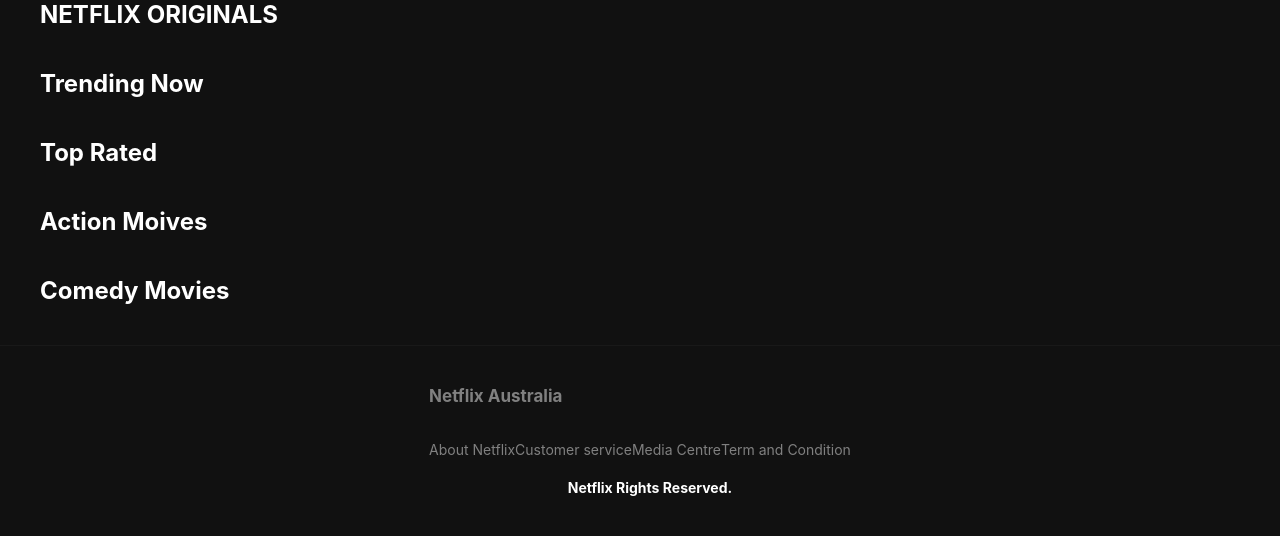
Repository: gietpa/react-netflix
Page: /
The author's editor kept a copy of each file at every save. The page is drawn from the files as they stood at one save, then again after the next save.
The browser window is 1280 px wide. The pictures show the part of the page from y = 448 to 984 px (the page is 984 px tall before and 963 px after).
The page's requests for data from a server got no answer. The project was rebuilt for these pictures with package versions that can differ from the ones it lists, and the page was loaded fresh each time. No one was signed in, and anything a server would have sent is missing.

Above is the page before, as saved 2024-06-30 01:54:42.

### src/App.js
import "./App.css";
import requests from "./api/request";
import Banner from "./components/Banner";
import Nav from "./components/Nav";
import Row from "./components/Row";
import Footer from "./components/Footer";

function App() {
  return (
    <div className="app">
      <Nav />
      <Banner />

      <Row
        title="NETFLIX ORIGINALS"
        id="NO"
        fetchUrl={requests.fetchNetflixOriginals}
        isLargeRow
      />

      <Row title="Trending Now" id="TN" fetchUrl={requests.fetchTrednding} />
      <Row title="Top Rated" id="TR" fetchUrl={requests.fetchTopRated} />
      <Row
        title="Action Moives"
        id="AM"
        fetchUrl={requests.fetchActionMovies}
      />
      <Row
        title="Comedy Movies"
        id="Cm"
        fetchUrl={requests.fetchComedyMovies}
      />

      <Footer />
    </div>
  );
}

export default App;

### src/api/request.js
const requests = {
  fetchNowPlaying: "movie/now_playing",
  fetchNetflixOriginals: "/discover/tv?with_networks=213",
  fetchTrednding: "/trending/all/week",
  fetchTopRated: "/movie/top_rated",
  fetchActionMovies: "/discover/movie?with_fenres=28",
  fetchComedyMovies: "/discover/movie?with_fenres=35",
  fetchHorrorMovies: "/discover/movie?with_fenres=27",
  fetchRomanceMovies: "/discover/movie?with_fenres=10749",
  fetchDocumentaries: "/discover/movie?with_fenres=99",
};

export default requests;

### src/components/Banner.js
import axios from "../api/axios";
import React, { useState, useEffect } from "react";
import requests from "../api/request";
import "./Banner.css";
import styled from "styled-components";

export default function Banner() {
  const [movie, setMovie] = useState([]);
  const [isClicked, setIsClicked] = useState(false);

  useEffect(() => {
    fetchData();
  }, []);

  const fetchData = async () => {
    const request = await axios.get(requests.fetchNowPlaying);
    console.log(request);

    const movieId =
      request.data.results[
        Math.floor(Math.random() * request.data.results.length)
      ].id;

    const { data: movieDetail } = await axios.get(`movie/${movieId}`, {
      params: { append_to_response: "videos" },
    });
    setMovie(movieDetail);
  };

  const truncate = (str, n) => {
    return str?.length > n ? str.substr(0, n - 1) + "..." : str;
  };

  if (!isClicked) {
    return (
      <header
        className="banner"
        style={{
          backgroundImage: `url("https://image.tmdb.org/t/p/original/${movie.backdrop_path}")`,
          backgroundPosition: "top center",
          backgroundSize: "cover",
        }}
      >
        <div className="banner__contents">
          <h1 className="banner__title">
            {movie.title || movie.name || movie.original_name}
          </h1>

          <div className="banner__buttons">
            <button
              className="banner__button play"
              onClick={() => setIsClicked(true)}
            >
              Play
            </button>
            <button className="banner__button info">More Information</button>
          </div>

          <h1 className="banner__description">
            {truncate(movie.overview, 100)}
          </h1>
        </div>
        <div className="banner--fadeBottom" />
      </header>
    );
  } else {
    return (
      <Container>
        <HomeContainer>
          <Iframe
            width="640"
            height="360"
            src={`https://www.youtube.com/embed/${movie.videos.results[0].key}?controls=0&autoplay=1&loop=1&mute=1&playlist=${movie.videos.results[0].key}`}
            title="YouTube video player"
            frameborder="0"
            allow="autoplay; fullscreen"
            allowfullscreen
          ></Iframe>
        </HomeContainer>
      </Container>
    );
  }
}

const Iframe = styled.iframe`
  width: 100%;
  height: 100%;
  z-index: -1;
  opacity: 0.65;
  border: none;

  &::after {
    content: "";
    position: absolute;
    top: 0;
    left: 0;
    width: 100%;
    height: 100%;
  }
`;

const Container = styled.div`
  display: flex;
  justify-content: center;
  align-items: center;
  flex-direction: column;
  width: 100%;
  height: 100vh;
`;

const HomeContainer = styled.div`
  width: 100%;
  height: 100%;
`;

### src/components/Nav.js
import React, { useEffect, useState } from "react";
import "./Nav.css";

export default function Nav() {
  const [show, setShow] = useState(false);

  useEffect(() => {
    window.addEventListener("scroll", () => {
      if (window.scrollY > 50) {
        setShow(true);
      } else {
        setShow(true);
      }
    });

    return () => {
      window.removeEventListener("scroll", () => {});
    };
  }, []);

  return (
    <nav className={`nav ${show && "nav__black"} `}>
      <img
        alt="Netflix logo"
        src="https://upload.wikimedia.org/wikipedia/commons/thumb/0/08/Netflix_2015_logo.svg/170px-Netflix_2015_logo.svg.png"
        className="nav__logo"
        onClick={() => (window.location.href = "/")}
      />

      <img
        alt="User logged"
        src="https://occ-0-4796-988.1.nflxso.net/dnm/api/v6/K6hjPJd6cR6FpVELC5Pd6ovHRSk/AAAABbme8JMz4rEKFJhtzpOKWFJ_6qX-0y5wwWyYvBhWS0VKFLa289dZ5zvRBggmFVWVPL2AAYE8xevD4jjLZjWumNo.png?r=a41"
        className="nav__avatar"
      />
    </nav>
  );
}

### src/components/Row.js
import React, { useEffect, useState } from "react";
import axios from "../api/axios";
import "./Row.css";

export default function Row({ title, fetchUrl, isLargeRow, id }) {
  const [movies, setMovies] = useState([]);

  useEffect(() => {
    fetchMovieData();
  }, []);

  const fetchMovieData = async () => {
    const request = await axios.get(fetchUrl);
    setMovies(request.data.results);
  };

  return (
    <section className="row">
      <h2>{title}</h2>
      <div className="slider">
        <div className="slider__arrow-left">
          <span
            className="arrow"
            onClick={() => {
              document.getElementById(id).scrollLeft -= window.innerWidth - 80;
            }}
          >
            {"<"}
          </span>
        </div>
        <div id={id} className="row__posters">
          {movies.map((movie) => (
            <img
              key={movie.id}
              className={`row__poster ${isLargeRow && "row__posterLarge"}`}
              src={`https://image.tmdb.org/t/p/original/${
                isLargeRow ? movie.poster_path : movie.backdrop_path
              }`}
              alt={movie.name}
            />
          ))}
        </div>
        <div className="slider__arrow-right">
          <span
            className="arrow"
            onClick={() => {
              document.getElementById(id).scrollLeft += window.innerWidth - 80;
            }}
          >
            {">"}
          </span>
        </div>
      </div>
    </section>
  );
}

### src/components/Footer.js
import React from "react";
import styled from "styled-components";

export default function Footer() {
  return (
    <FooterContainer>
      <FooterContent>
        <FooterLinkContainer>
          <FooterLinkTitle>Netflix Australia</FooterLinkTitle>
          <FooterLinkContent>
            <FooterLink href="https://help.netflix.com/ko/node/412">
              About Netflix
            </FooterLink>
            <FooterLink href="https://help.netflix.com/ko">
              Customer service
            </FooterLink>
            <FooterLink href="https://help.netflix.com/ko/">
              Media Centre
            </FooterLink>
            <FooterLink href="https://help.netflix.com/ko/">
              Term and Condition
            </FooterLink>
          </FooterLinkContent>
          <FooterDescContainer>
            <FooterDescRights>Netflix Rights Reserved.</FooterDescRights>
          </FooterDescContainer>
        </FooterLinkContainer>
      </FooterContent>
    </FooterContainer>
  );
}

const FooterContainer = styled.div`
  display: flex;
  justify-content: center;
  align-items: center;
  padding: 40px 0;
  border-top: 1px solid rgb(25, 25, 25);
  width: 100%;
  position: relative;
  z-index: 100;

  @media (max-width: 769px) {
    padding: 20px 20px;
    padding-bottom: 30px;
  }
`;

const FooterContent = styled.div``;

const FooterLinkContainer = styled.div`
  max-width: 700px;

  @media (max-width: 768px) {
    width: 100%;
  }
`;

const FooterLinkTitle = styled.h1`
  color: gray;
  font-size: 17px;
`;

const FooterLinkContent = styled.div`
  display: flex;
  justify-content: space-bewteen;
  flex-wrap: wrap;
  margin-top: 35px;

  @media (max-width: 768px) {
    margin-top: 26px;
  }
`;

const FooterLink = styled.a`
  color: gray;
  font-size: 14px;
  max-width: 150px;
  margin-bottom: 21px;
  text-decoration: none;

  &:hover {
    text-decoration: underline;
  }

  @media (max-width: 768px) {
    margin-bottom: 16px;
  }
`;

const FooterDescContainer = styled.div`
  margin-top: 30px @media (max-width: 768px) {
    margin-top: 20px;
  }
`;

const FooterDescRights = styled.h2`
  color: white;
  font-size: 14px;
  text-align: center;
`;

### src/api/axios.js
import axios from "axios";

const instance = axios.create({
  baseURL: "https://api.themoviedb.org/3",
  params: {
    api_key: "d5ab93544ade2e46f5e7421f7222610c",
    language: "en-US",
  },
});

export default instance;

### src/components/Banner.css
.banner {
    color: white;
    object-fit: contain;
    height: 448px;
  }
  @media (min-width: 1500px) {
    .banner {
      position: relative;
      height: 600px;
    }
    .banner--fadeBottom {
      position: absolute;
      bottom: 0;
      width: 100%;
      height: 40rem;
    }
  }
  @media (max-width: 768px) {
    .banner__contents {
      width: min-content !important;
      padding-left: 2.3rem;
      margin-left: 0px !important;
    }
    .banner__description {
      font-size: 0.8rem !important;
      width: auto !important;
    }
    .info {
      text-align: start;
      padding-right: 1.2rem;
    }
    .space {
      margin-left: 6px;
    }
    .banner__button {
      font-size: 0.8rem !important;
      border-radius: 4px !important;
    }
  }
  .banner__contents {
    margin-left: 40px;
    padding-top: 140px;
    height: 190px;
  }
  .banner__title {
    font-size: 3rem;
    font-weight: 800;
    padding-bottom: 0.5rem;
  }
  .banner__description {
    width: 45rem;
    line-height: 1.3;
    padding-top: 1rem;
    font-weight: 500;
    font-size: 1rem;
    max-width: 400px;
    height: 80px;
  }
  .banner--fadeBottom {
    height: 7.4rem;
    background-image: linear-gradient(
      180deg,
      transparent,
      rgba(37, 37, 37, 0.61),
      #111
    );
  }
  .banner__buttons {
    display: flex;
    flex-direction: row;
  }
  .banner__button {
    display: flex;
    flex-direction: row;
    justify-content: start;
    align-items: center;
    cursor: pointer;
    outline: none;
    border: none;
    font-size: 1rem;
    font-weight: 700;
    border-radius: 0.2vw;
    padding: 0.4rem 1.8rem 0.4rem 1rem;
    margin-right: 1rem;
  }
  .banner__button:hover {
    color: #000;
    background-color: rgba(170, 170, 170, 0.9);
    transition: all 0.2s;
  }
  .play {
    background-color: white;
    color: black;
  }
  .info {
    background-color: rgba(109, 109, 110, 0.7);
    color: white;
  }
  .info:hover {
    background-color: rgb(74, 74, 74);
    color: white;
  }

  .space {
    margin-left: 4px;
  }

### src/components/Nav.css
.nav {
    position: fixed;
    top: 0;
    width: 100%;
    height: 30px;
    z-index: 1;
    padding: 20px;
    display: flex;
    justify-content: space-between;
    align-items: center;
    transition-timing-function: ease-in;
    transition: all 0.5s;
  }

  .nav__black {
      background-color: #111;
  }

  .nav__logo {
      position: fixed;
      left: 40px;
      width: 80px;
      object-fit: contain;
  }

  .nav__avatar {
      position: fixed;
      right: 40px;
      width: 30px;
      object-fit: contain;
  }

### src/components/Row.css
.row {
    margin-left: 20px;
    color: white;
  }
  h2 {
    padding-left: 20px;
  }
  .slider {
    position: relative;
  }
  .slider__arrow-left {
    background-clip: content-box;
    padding: 20px 0;
    box-sizing: border-box;
    transition: 400ms all ease-in-out;
    cursor: pointer;
    width: 80px;
    z-index: 1000;
    position: absolute;
    left: 0;
    top: 0;
    height: 100%;
    display: flex;
    align-items: center;
    justify-content: center;
    visibility: hidden;
  }
  .slider__arrow-right {
    padding: 20px 0;
    background-clip: content-box;
    box-sizing: border-box;
    transition: 400ms all ease-in-out;
    cursor: pointer;
    width: 80px;
    z-index: 1000;
    position: absolute;
    right: 0;
    top: 0;
    height: 100%;
    display: flex;
    align-items: center;
    justify-content: center;
    visibility: hidden;
  }
  .arrow {
    transition: 400ms all ease-in-out;
  }
  .arrow:hover {
    transition: 400ms all ease-in-out;
    transform: scale(1.5);
  }
  .slider:hover .slider__arrow-left {
    transition: 400ms all ease-in-out;
    visibility: visible;
  }
  .slider:hover .slider__arrow-right {
    transition: 400ms all ease-in-out;
    visibility: visible;
  }
  .slider__arrow-left:hover {
    background: rgba(20, 20, 20, 0.5);
    transition: 400ms all ease-in-out;
  }
  .slider__arrow-right:hover {
    background: rgba(20, 20, 20, 0.5);
    transition: 400ms all ease-in-out;
  }

  .row__posters {
    display: flex;
    overflow-y: hidden;
    overflow-x: scroll;
    padding: 20px 0 20px 20px;
    scroll-behavior: smooth;
  }
  .row__posters::-webkit-scrollbar {
    display: none;
  }
  .row__poster {
    object-fit: contain;
    width: 100%;
    max-height: 144px;
    margin-right: 10px;
    transition: transform 450ms;
    border-radius: 4px;
  }
  .row__poster:hover {
    transform: scale(1.08);
  }
  .row__posterLarge {
    max-height: 320px;
  }
  .row__posterLarge:hover {
    transform: scale(1.1);
    opacity: 1;
  }

  .row__arrow-left {
    position: absolute;
    top: 0;
    left: 20px;
    height: 100%;
    width: 32px;
    background: rgba(0, 0, 0, 0.2);
    display: flex;
    align-items: center;
  }
  .row__arrow-right {
    position: absolute;
    top: 0;
    right: 0px;
    height: 100%;
    width: 32px;
    background: rgba(0, 0, 0, 0.2);
    display: flex;
    align-items: center;
  }
  @media screen and (min-width: 1200px) {
    .row__poster {
      max-height: 160px;
    }
    .row__posterLarge {
      max-height: 360px;
    }
  }
  @media screen and (max-width: 768px) {
    .row__poster {
      max-height: 100px;
    }
    .row__posterLarge {
      max-height: 280px;
    }
  }

  .swiper-pagination {
    text-align: right !important;
  }

  .swiper-pagination-bullet {
    background: gray !important;
    opacity: 1 !important;
  }

  .swiper-pagination-bullet-active {
    background: white !important;
  }

  .swiper-button-prev {
    color: white !important;
  }

  .swiper-button-next {
    color: white !important;
  }

  .swiper-button-next:after, .swiper-button-prev:after{
    font-size: 1.3rem !important;
    font-weight: 600 !important;
  }

Loaded but not shown: public/index.html (common file); src/index.js (common file); src/index.css (common file); src/reportWebVitals.js (common file); src/App.css (common file)

After the next save:
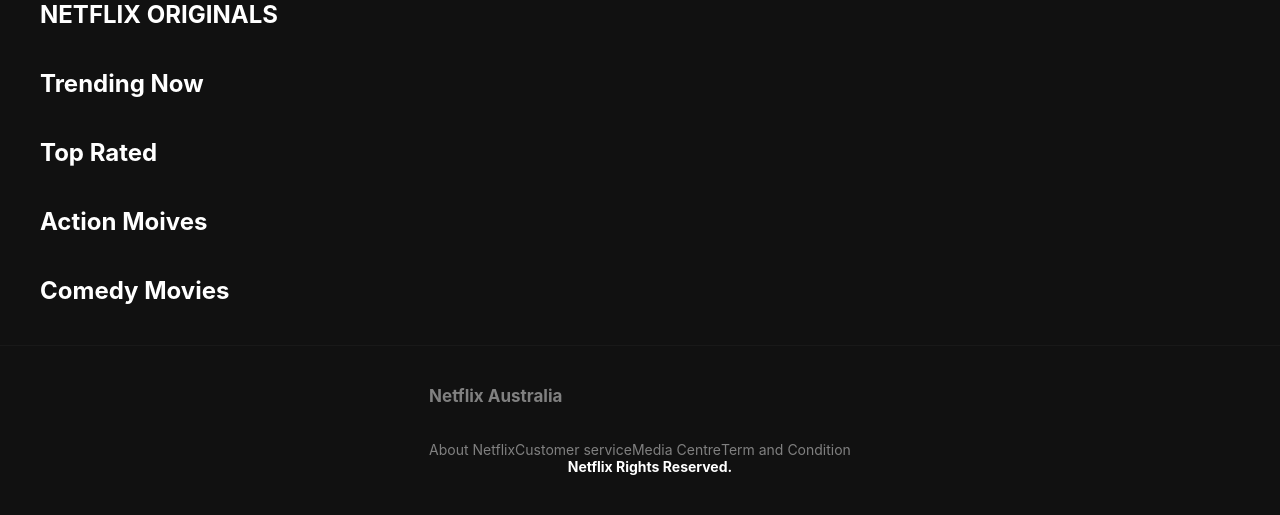
Saved 19 s later.
--- a/src/components/Footer.js
+++ b/src/components/Footer.js
@@ -76,7 +76,7 @@
   color: gray;
   font-size: 14px;
   max-width: 150px;
-  margin-bottom: 21px;
+  margin-bottom: 0 10px 21px;
   text-decoration: none;
 
   &:hover {
